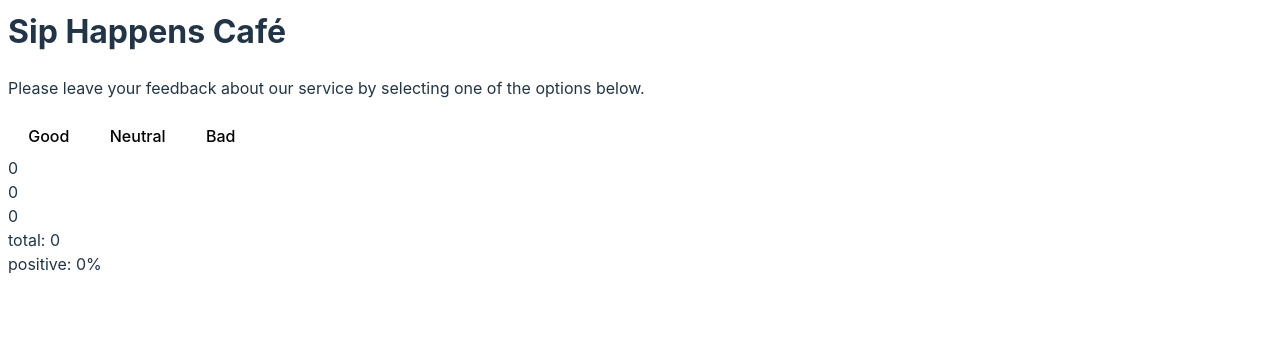
Repository: Evgeniya-Tishakova/goit-react-hw-02
Page: /
The author's editor kept a copy of each file at every save. The page is drawn from the files as they stood at one save, then again after the next save.
The browser window is 1280 px wide. The pictures show the whole page.
The project was rebuilt for these pictures with package versions that can differ from the ones it lists, and the page was loaded fresh each time. Also part of the build but not shown: vite.config.js, src/components/Feedback/Feedback.module.css, src/components/Options/Options.module.css.

Above is the page before, as saved 2025-02-27 23:05:27.

After the next save:
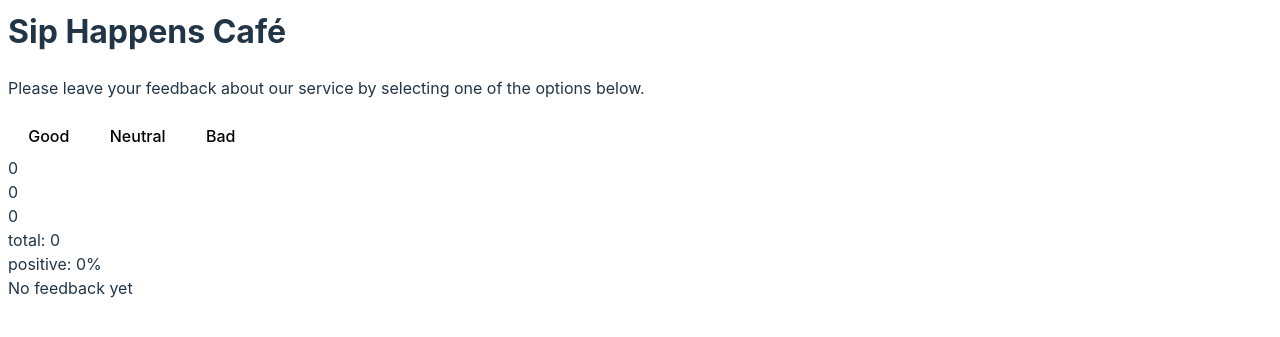
Saved 40 s later.
--- a/src/components/App/App.jsx
+++ b/src/components/App/App.jsx
@@ -40,7 +40,7 @@ export default function App() {
         isShown={totalFeedback > 0}
       />
       <Feedback rewiewType={rewiewType} totalFeedback={totalFeedback} />
-      {totalFeedback > 0 && <Notification />}
+      {totalFeedback <= 0 && <Notification />}
     </>
   );
 }
